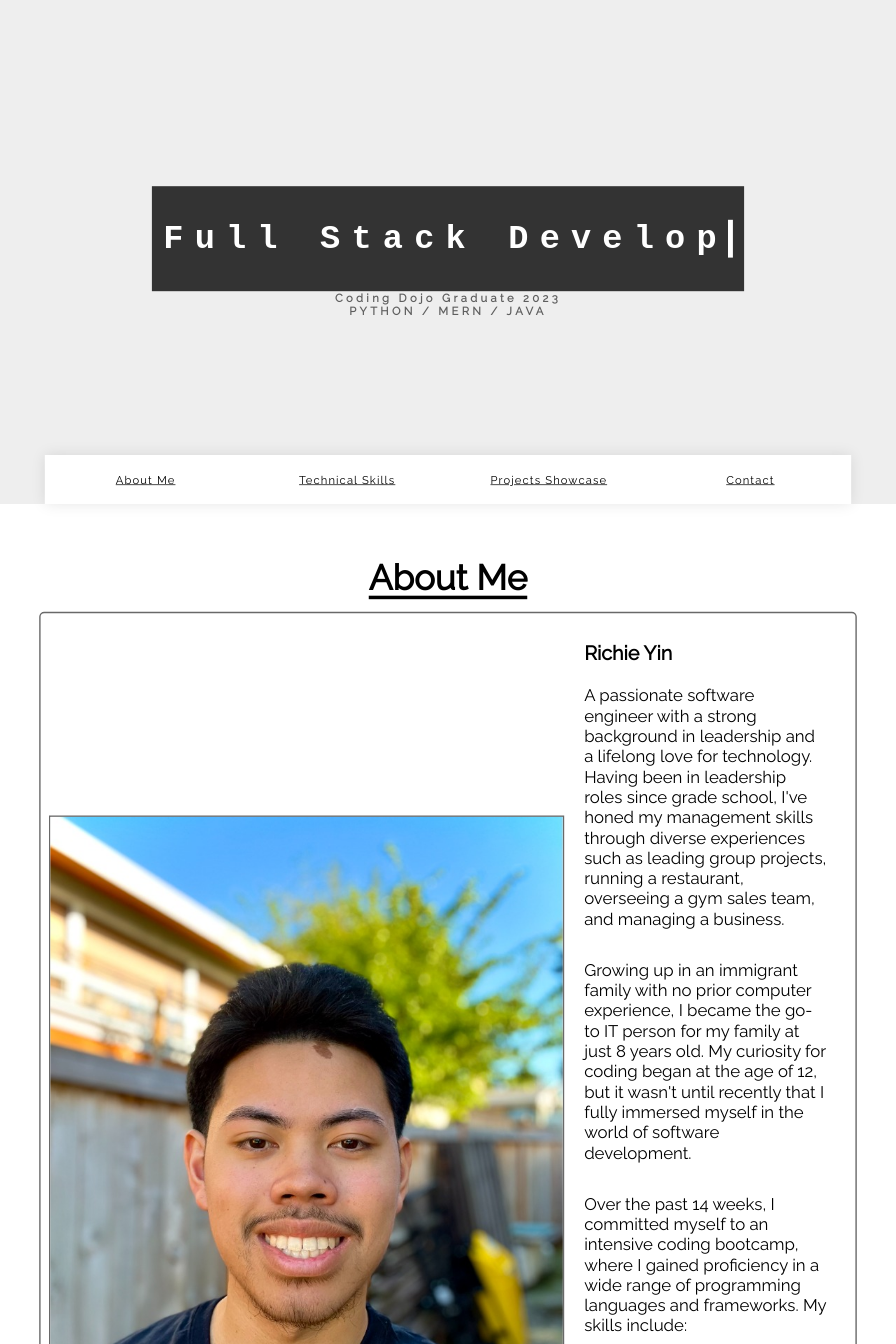
Repository: RICHIE-YIN/Personal-Portfolio
Page: index.html
These files come from the project's save history. The page is drawn as it stood at one moment and after the next save; the edit follows.
The browser window is 1280 px wide. The pictures show the part of the page from y = 0 to 1920 px (the page is 4183 px tall before and 4495 px after), at 70% of full size.
Some web fonts or font styles are not loaded; a fallback is used.

Above is the page before, as saved 2023-06-12 17:57:10.
Console error: ReferenceError: $ is not defined

After the next save:
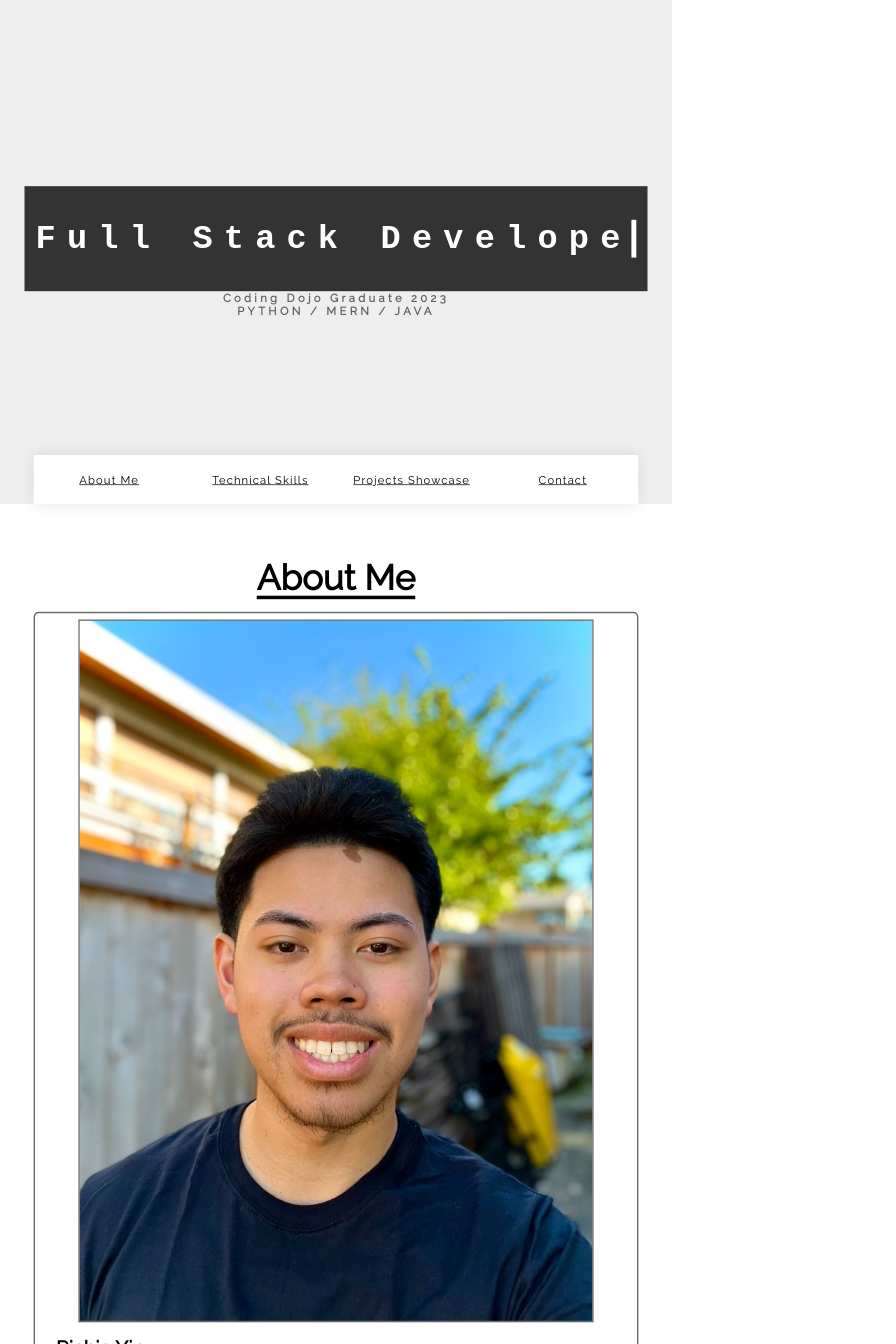
Saved 91 s later.
--- a/index.html
+++ b/index.html
@@ -12,7 +12,7 @@
     </style>
 </head>
 <body>
-    <div class="contianer">
+    <div class="container">
         <section class="et-hero-tabs">
             <div class="typewriter">
                 <h1 id="text">Richie Yin</h1>
